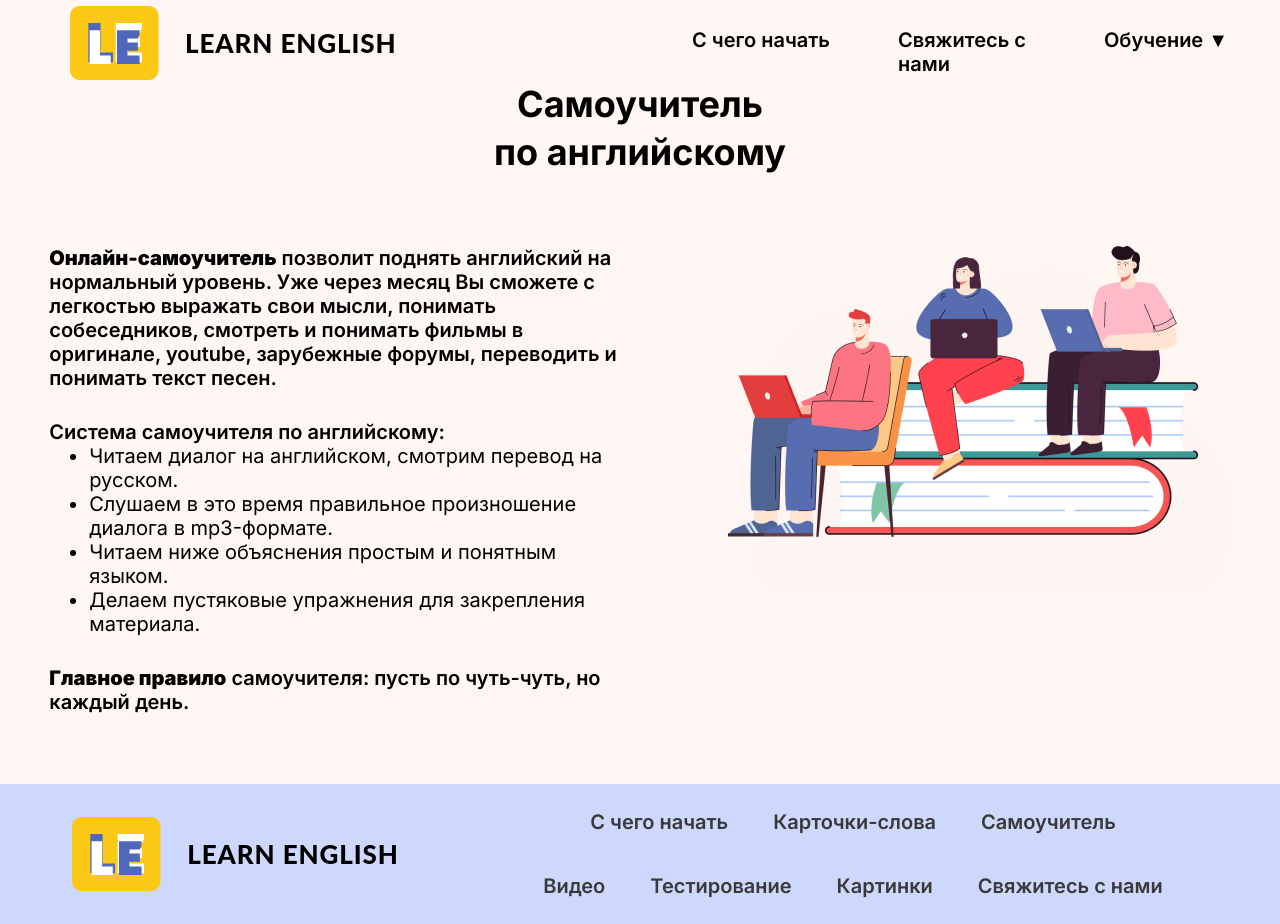
Repository: WladimirVA/Diplom
Page: scool/lesson.html
An editor plug-in stored every save of this project. The page is shown before and after the next save, followed by the edit.
The browser window is 1280 px wide. The pictures show the whole page.

Above is the page before, as saved 2023-07-19 16:28:52.

After the next save:
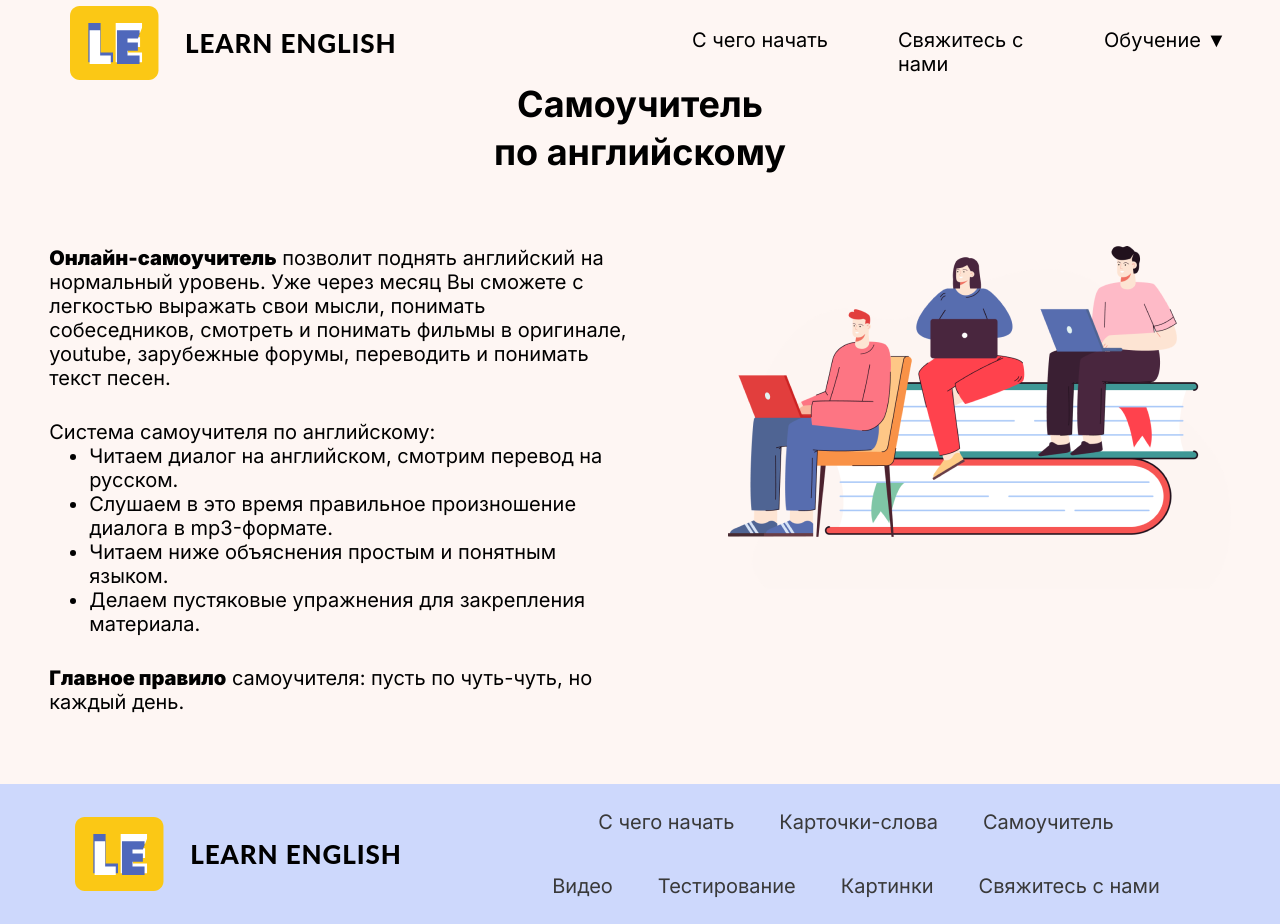
Saved 56 s later.
--- a/scool/css/lesson.css
+++ b/scool/css/lesson.css
@@ -25,7 +25,7 @@
 .tutorial-inf p, li {
     font-family: Inter;
     font-size: 20px;
-    font-weight: 600;
+    font-weight: 400;
     line-height: 24px;
     letter-spacing: 0em;
     text-align: left;
